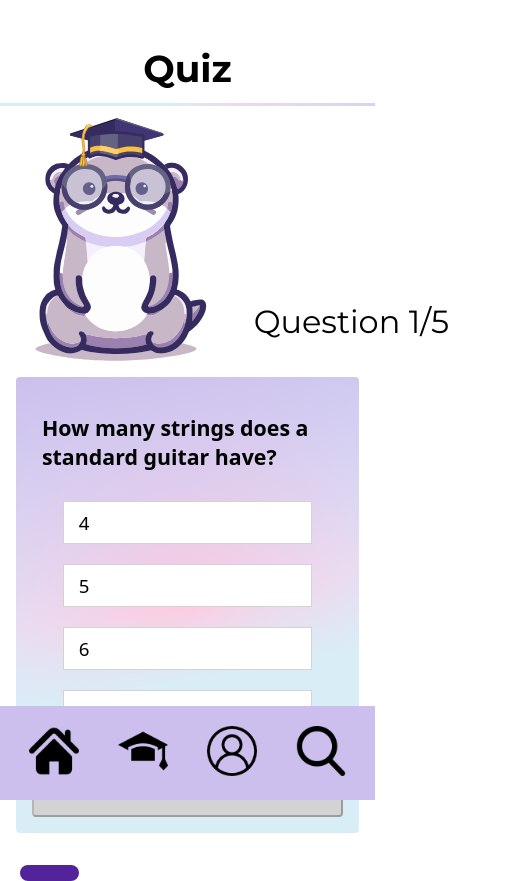
Repository: 1medi/pocketprof
Page: /quiz/page
The author's editor kept a copy of each file at every save. The page is drawn from the files as they stood at one save, then again after the next save.
The browser window is 375 px wide. The page is 511 px wide, so the pictures cover 511 px, including what lies to the right of the window. The pictures show the whole page.
The project was rebuilt for these pictures with package versions that can differ from the ones it lists, and the page was loaded fresh each time. The framework's server and built-in components were replaced by stand-ins that run in the browser. Also part of the build but not shown: next.config.mjs, Components/Buttons/Oscar/Oscar.module.css, Components/Buttons/Oscar/index.js.

Above is the page before, as saved 2024-04-14 06:41:26.

After the next save:
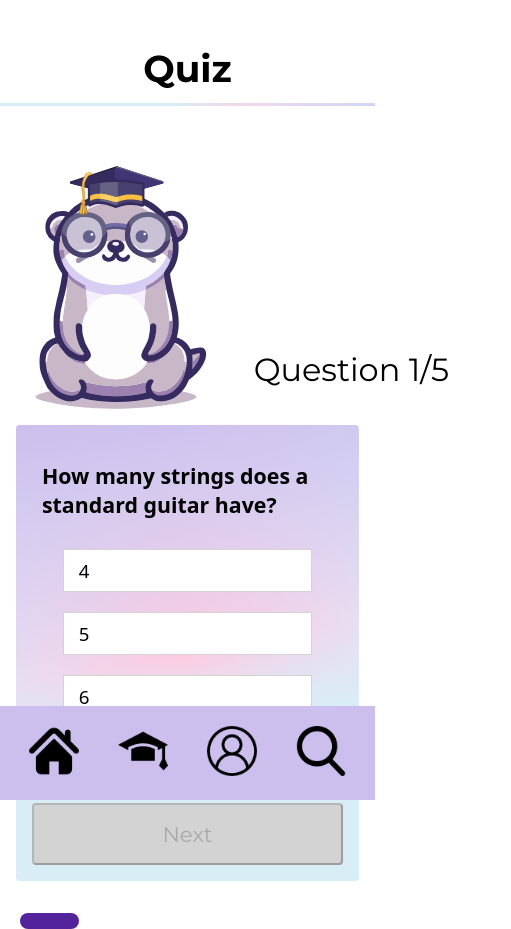
Saved 19 s later.
--- a/pages/quiz/page.module.css
+++ b/pages/quiz/page.module.css
@@ -146,6 +146,7 @@
   display: block;
   width: 70%;
   height: auto;
+  margin-top:3rem
 }
 
 .progressBar{
